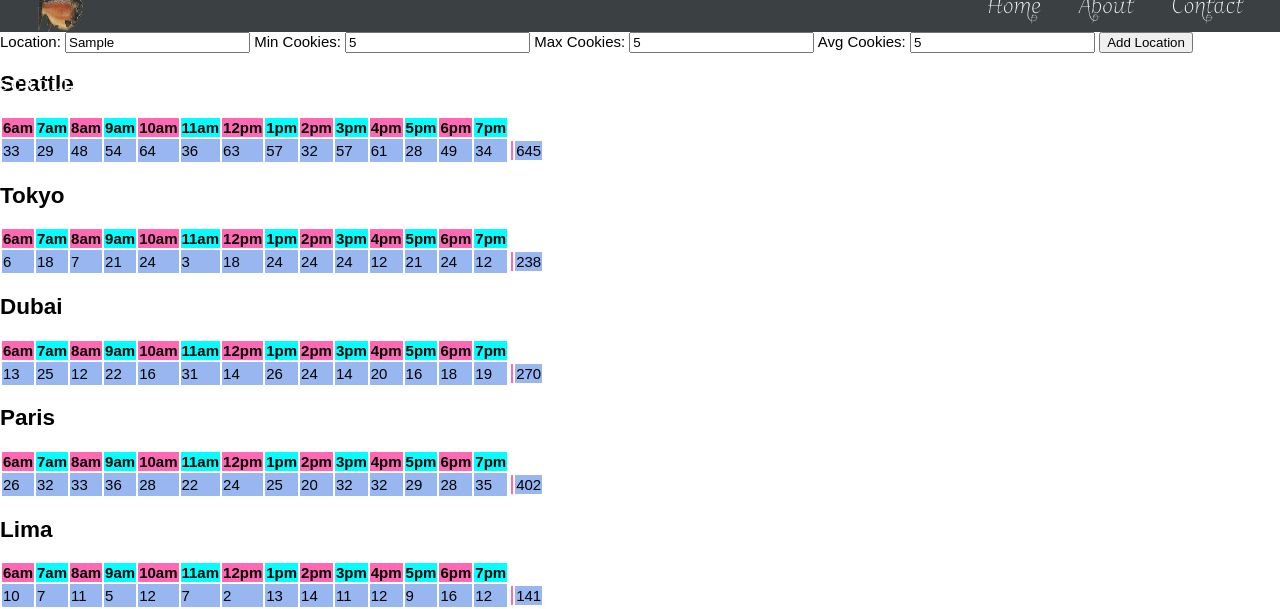
Repository: aaron1986/cookie_stand
Page: index.html
The author's editor kept a copy of each file at every save. The page is drawn from the files as they stood at one save, then again after the next save.
The browser window is 1280 px wide. The pictures show the part of the page from y = 583 to 1304 px (the page is 1192 px tall before and 1304 px after).
Empty fields were first filled with sample values (such as "Sample", 5 or name@example.com).
After loading, the first visible `#location-form` was submitted once.
A picture or video elsewhere on the page could not be fetched, so the positions and the page height are approximate.

Above is the page before, as saved 2023-09-29 08:27:35.

After the next save:
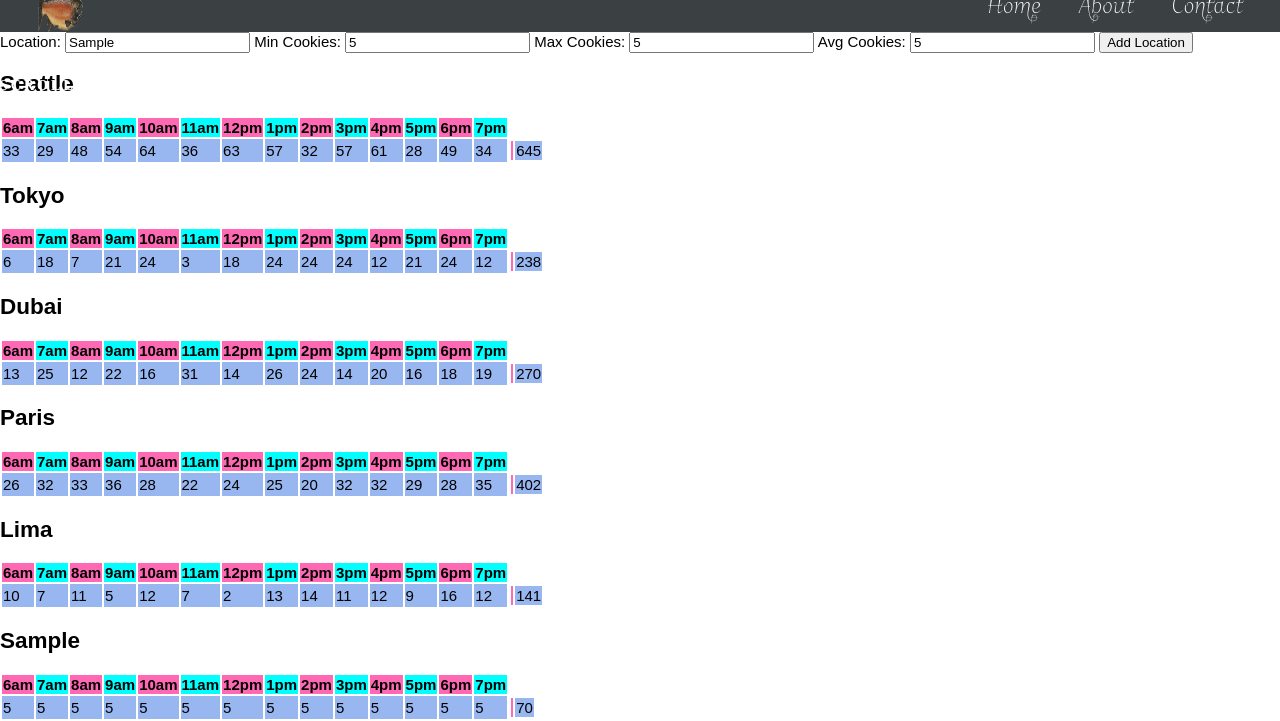
Saved 50 s later.
--- a/app.js
+++ b/app.js
@@ -131,6 +131,8 @@ form.addEventListener("submit", function (event) {
 
     newStore.calcTotal();
     shopLocations.push(newStore);
+    createShopLocation(newStore);
+
 
 
 /*     const numArray = [];
